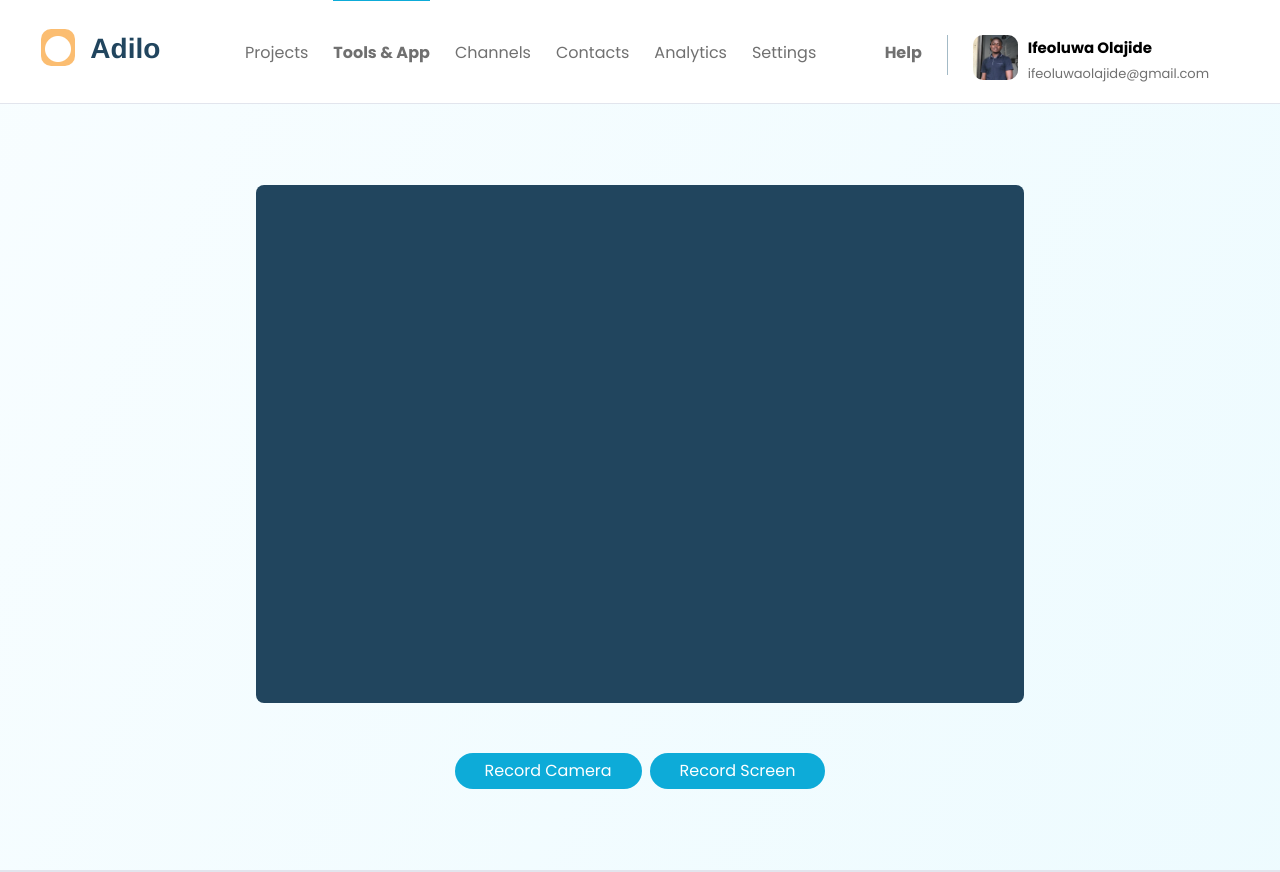
Repository: olhighjay/video_recorder
Page: /
The author's editor kept a copy of each file at every save. The page is drawn from the files as they stood at one save, then again after the next save.
The browser window is 1280 px wide. The pictures show the whole page.
Some web libraries are served in a nearby version. The project was rebuilt for these pictures with package versions that can differ from the ones it lists, and the page was loaded fresh each time. Also part of the build but not shown: vue.config.js, src/components/DataTable.vue, src/components/EmptyRecorded.vue, src/components/DefLoader.vue.

Above is the page before, as saved 2022-07-29 21:46:09.

After the next save:
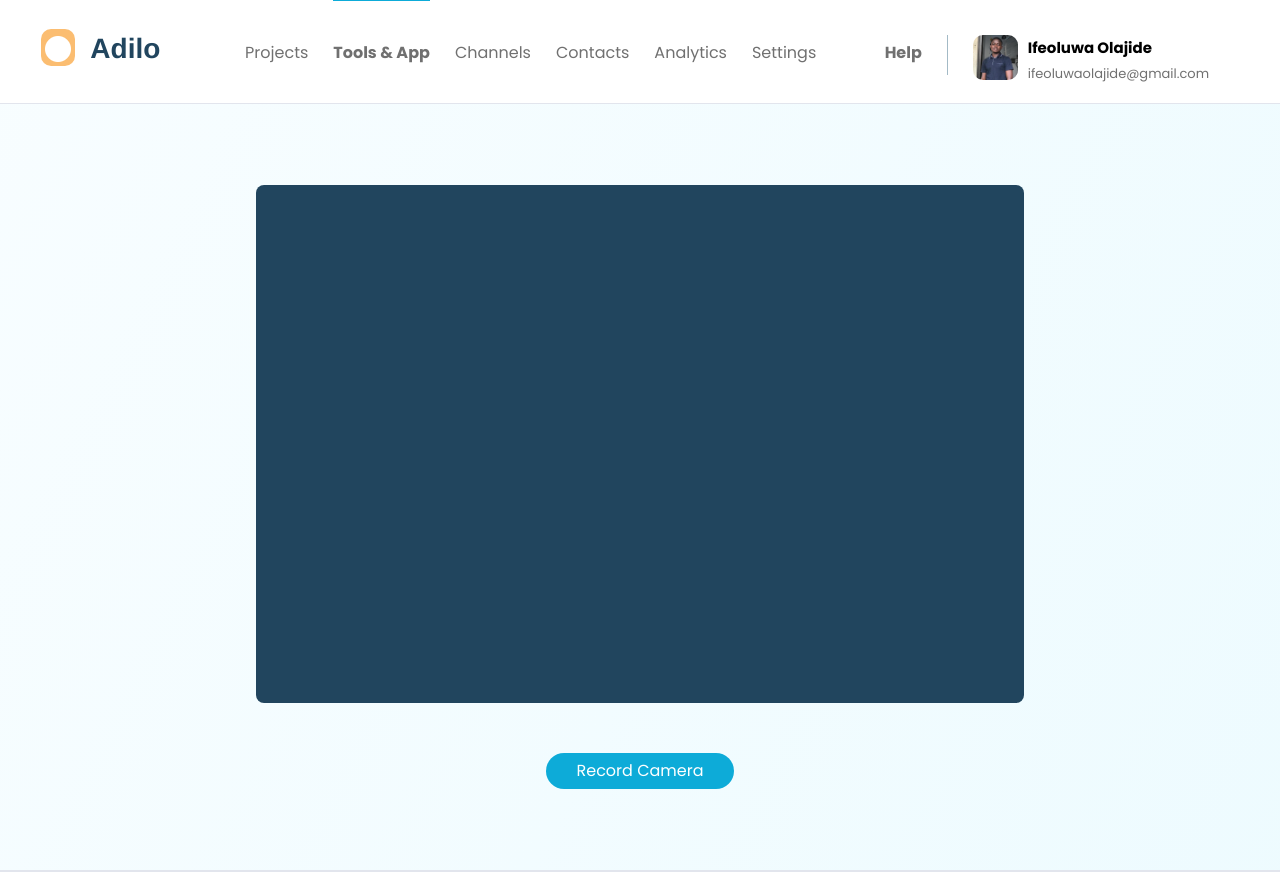
Saved 13 s later.
--- a/src/App.vue
+++ b/src/App.vue
@@ -171,9 +171,9 @@ export default {
       recorder: null,
       recordedVideo: '',
 
-      recordAudio: false,
+      recordAudio: true,
       recordVideo: true,
-      recordScreen: true,
+      recordScreen: false,
     }
   },
   methods: {
